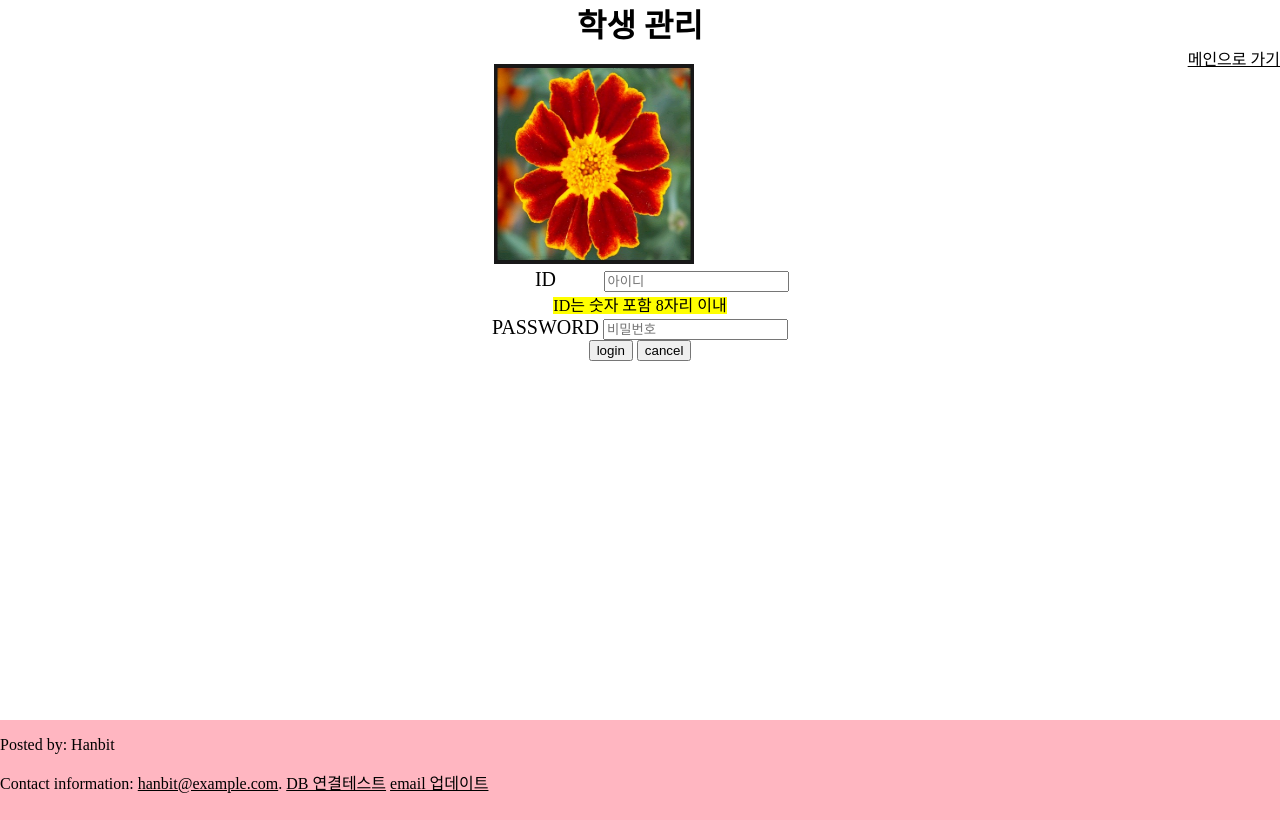
Repository: jeonghyunseok/GMSUI
Page: http://localhost/GMS2/index.jsp
These files come from the project's save history. The page is drawn as it stood at one moment and after the next save; the edit follows.
The browser window is 1280 px wide. The pictures show the whole page.
Pictures or frames that could not be fetched are drawn as grey boxes. The page is served by Tomcat 9.

Above is the page before, as saved 2017-08-10 08:03:56.

After the next save:
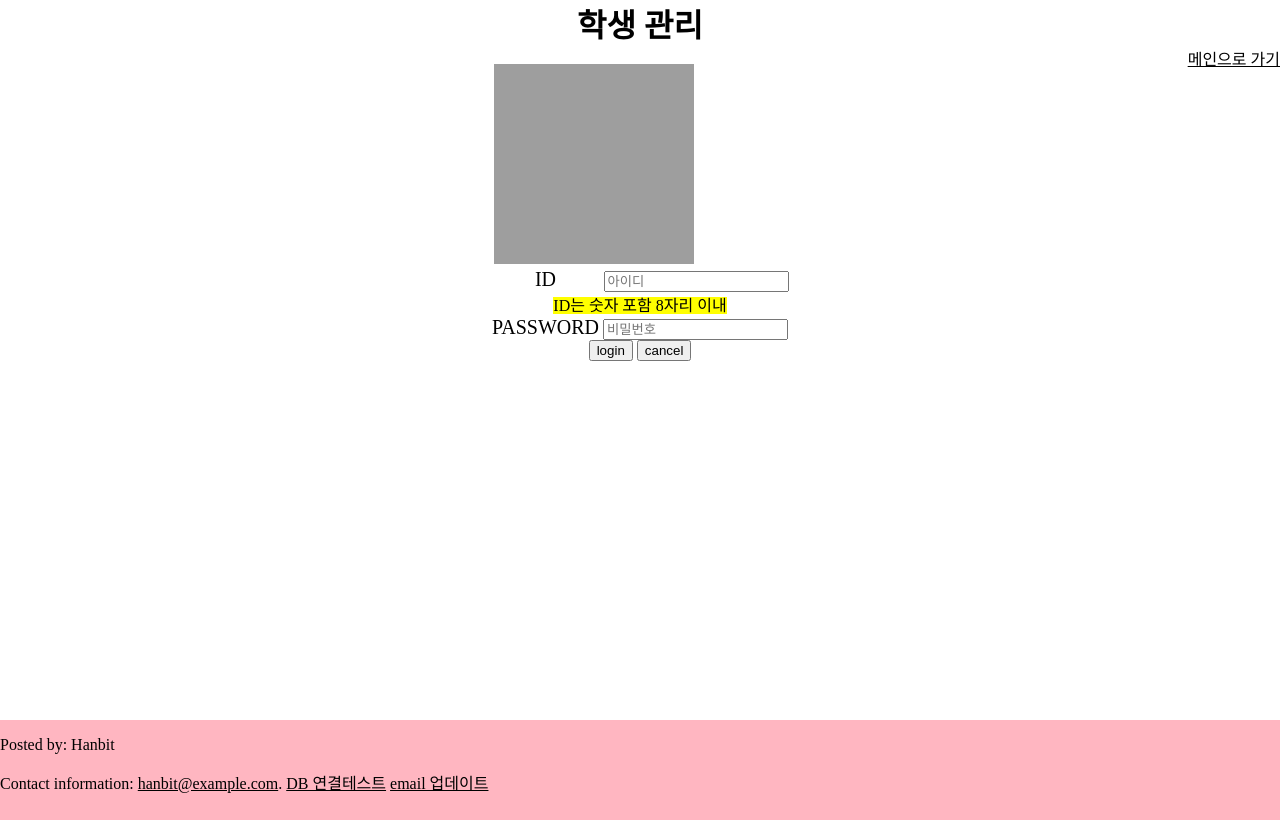
Saved 51 s later.
--- a/GMS2/WebContent/index.jsp
+++ b/GMS2/WebContent/index.jsp
@@ -19,7 +19,7 @@
 
 		<div id="text-cen">
 		<form id="Login-box" action="${ctx}/common.do" method="get">
-			<img id="login_img" src="${ctx}/resources/img/꽃.jpg" alt=""/><br />
+			<img id="login_img" src="${img}꽃.jpg" alt=""/><br />
 			 <span id="login_id">ID</span>
 			<input name="id" type="text" placeholder="아이디" /><br />
 

After the save that followed:
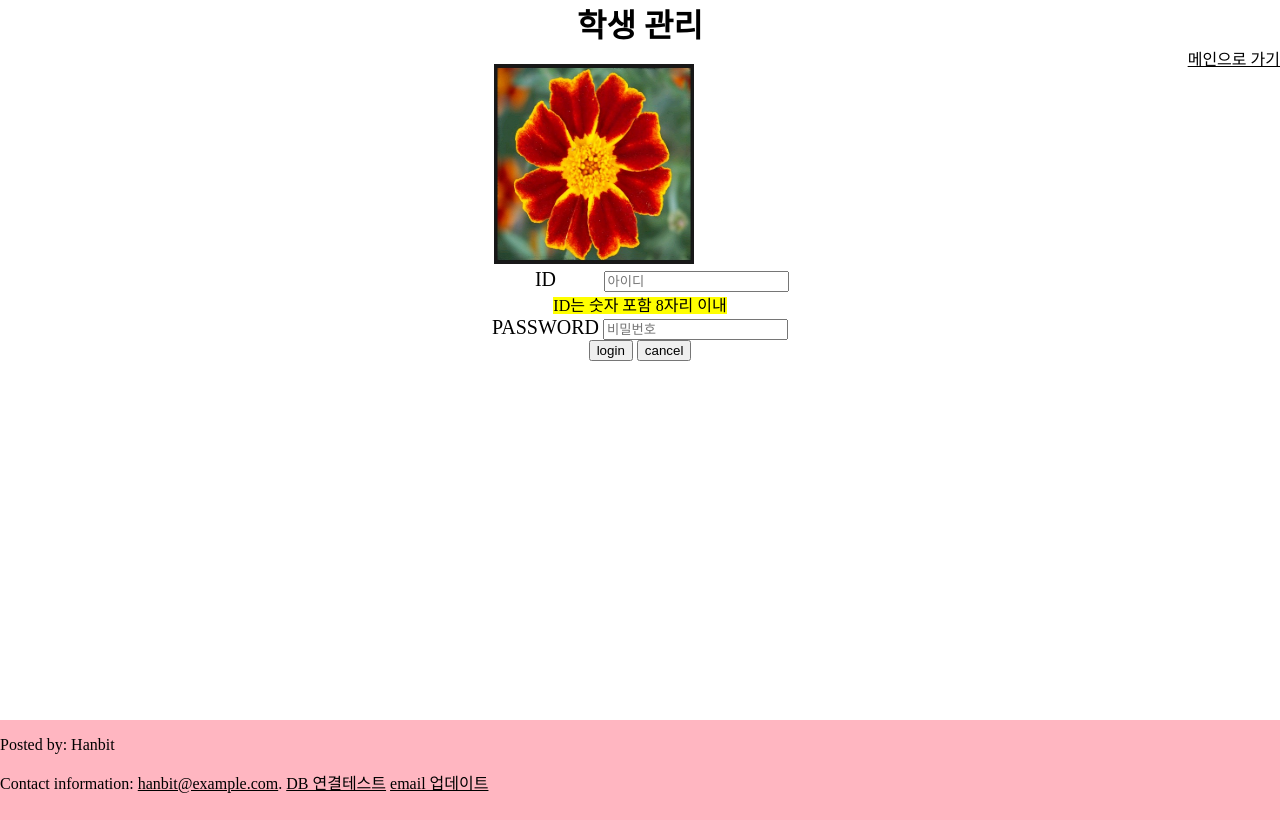
Saved 43 s later.
--- a/GMS2/WebContent/WEB-INF/view/common/var.jspf
+++ b/GMS2/WebContent/WEB-INF/view/common/var.jspf
@@ -3,6 +3,6 @@
 <%@ taglib uri="http://java.sun.com/jsp/jstl/fmt" prefix="fmt"%>
 
 <c:set var="ctx" value="<%=application.getContextPath()%>"/>
-<c:set var="img" value="${ctx}/resources/img"/>
-<c:set var="css" value="${ctx}/resources/css"/>
-<c:set var="js" value="${ctx}/resources/js"/>
+<c:set var="img" value="${ctx}/resources/img/"/>
+<c:set var="css" value="${ctx}/resources/css/"/>
+<c:set var="js" value="${ctx}/resources/js/"/>
